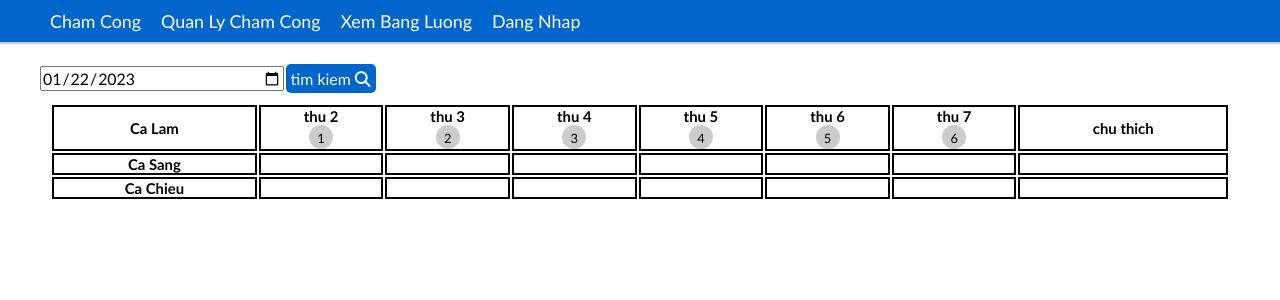
Repository: LDDUNG2003/a
Page: index.html
The author's editor kept a copy of each file at every save. The page is drawn from the files as they stood at one save, then again after the next save.
The browser window is 1280 px wide. The pictures show the whole page.
Some web libraries are served in a nearby version.

Above is the page before, as saved 2023-10-14 20:39:33.

After the next save:
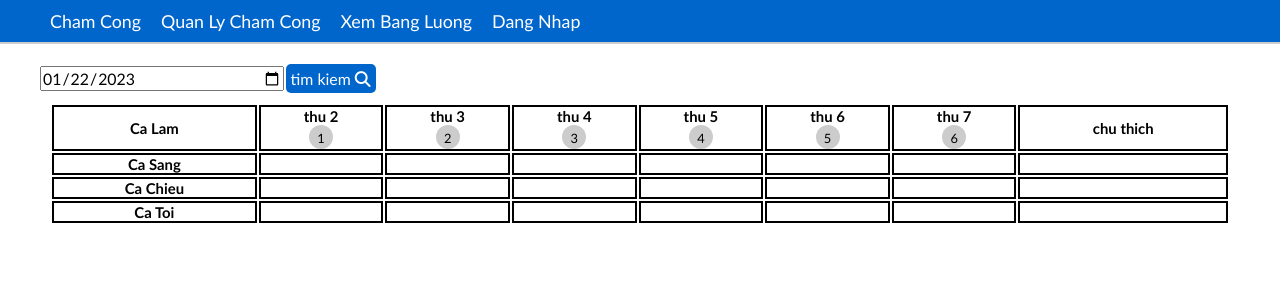
Saved 4 min 59 s later.
--- a/index.html
+++ b/index.html
@@ -96,6 +96,16 @@
                     <th class="table--item"></th>
                     <th class="table--item"></th>
                 </tr>
+                <tr class="table--row">
+                    <th class="table--item-impotain">Ca toi</th>
+                    <th class="table--item"></th>
+                    <th class="table--item"></th>
+                    <th class="table--item"></th>
+                    <th class="table--item"></th>
+                    <th class="table--item"></th>
+                    <th class="table--item"></th>
+                    <th class="table--item"></th>
+                </tr>
             </table>
         </div>
         <!-- end content -->
